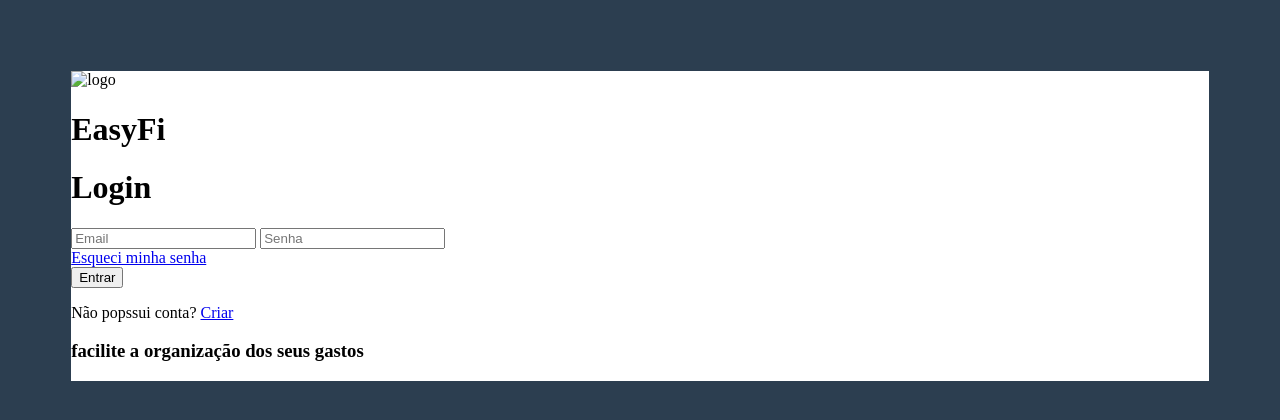
Repository: Ingridiag/projeto-engenharia
Page: login.html
These files come from the project's save history. The page is drawn as it stood at one moment and after a run of saves; the edit follows.
The browser window is 1280 px wide. The pictures show the whole page.

Above is the page before, as saved 2024-10-28 15:08:04.

### login.html
<!DOCTYPE html>
<html lang="pt">

<head>
    <meta charset="UTF-8">
    <meta name="viewport" content="width=device-width, initial-scale=1.0">
    <link rel="stylesheet" href="style.css">
    <title>Login</title>
</head>

<body>
    <div class="container">

        <!-- Tela Login -->
        <div class="login">
            <div class="primeira-coluna">
                <div>
                    <img src="#" alt="logo">
                    <h1>EasyFi</h1>
                </div>
                <div>
                    <h1 class="title">Login</h1>
                    <form>
                        <input type="email" placeholder="Email">
                        <input type="password" placeholder="Senha">
                    </form>
                    <div>
                        <a href="#" class="link">Esqueci minha senha</a>

                    </div>
                    <div class="btn-default">
                        <button>
                            Entrar
                        </button>
                    </div>
                    <div>
                        <p>Não popssui conta?
                            <span>
                                <a href="#" class="link">Criar</a>
                            </span>
                        </p>
                    </div>
                </div>
                <div class="segunda-coluna">
                    <h3 class="mensagem">
                        facilite a organização dos seus gastos
                    </h3>
                </div>
            </div>
        </div>



        <div class="cadastro">
            <!-- Tela Cadastro -->
            <div class="primeira-coluna">
                <h3 class="mensagem">
                    facilite a organização dos seus gastos
                </h3>
            </div>

            <div class="segunda-coluna">
                <div>
                    <img src="#" alt="logo">
                    <h1>EasyFi</h1>
                </div>
                <div>
                    <h1 class="title">Criar Conta</h1>
                    <form>
                        <input type="text" placeholder="Nome">
                        <input type="email" placeholder="Email">
                        <input type="password" placeholder="Senha">
                        <input type="password" placeholder=" Confirmar senha">
                    </form>
                    <div>
                        <a href="#" class="link">Esqueci minha senha</a>

                    </div>
                    <div class="btn-default">
                        <button>
                            Entrar
                        </button>
                    </div>
                    <div>
                        <p>Já possui conta?
                            <span>
                                <a href="#" class="link">Login</a>
                            </span>
                        </p>
                    </div>
                </div>
            </div>
        </div>


    </div>

</body>

</html>

### style.css
body {
    /* margin */
    background: #2C3E50;
}
.container{
    display: flex;
}

.login{
    width: 100%;
    height: 100%;
    margin: 5% ;
    display: flex;
    align-items: center;
    background: #fff;
}

.cadastro{
    display: none;
    flex-direction: column;
    position: relative;
}

After the next 8 saves:
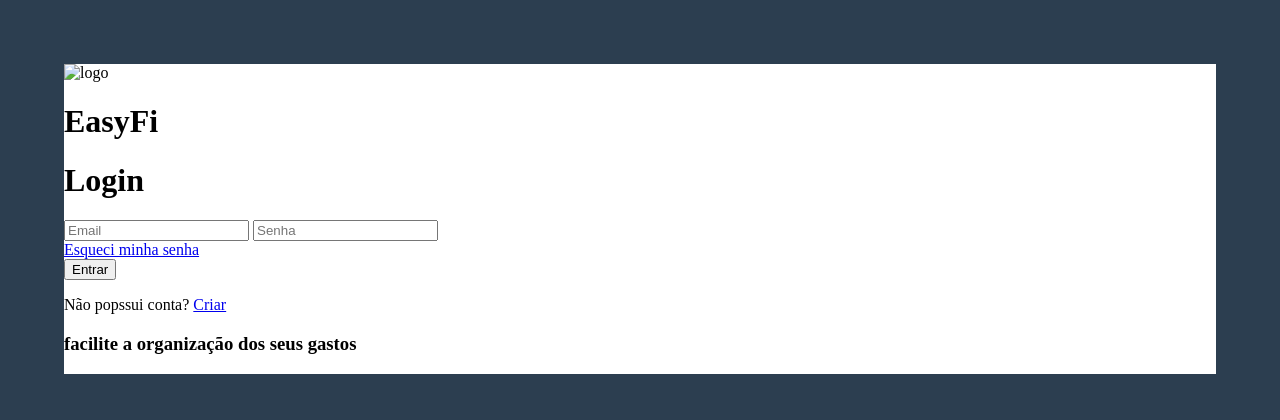
The 8 saves are shown as one change because they came seconds apart.
The last was saved 20 s later.
--- a/style.css
+++ b/style.css
@@ -1,5 +1,6 @@
 body {
-    /* margin */
+    margin: 0;
+    padding: 0;
     background: #2C3E50;
 }
 .container{
